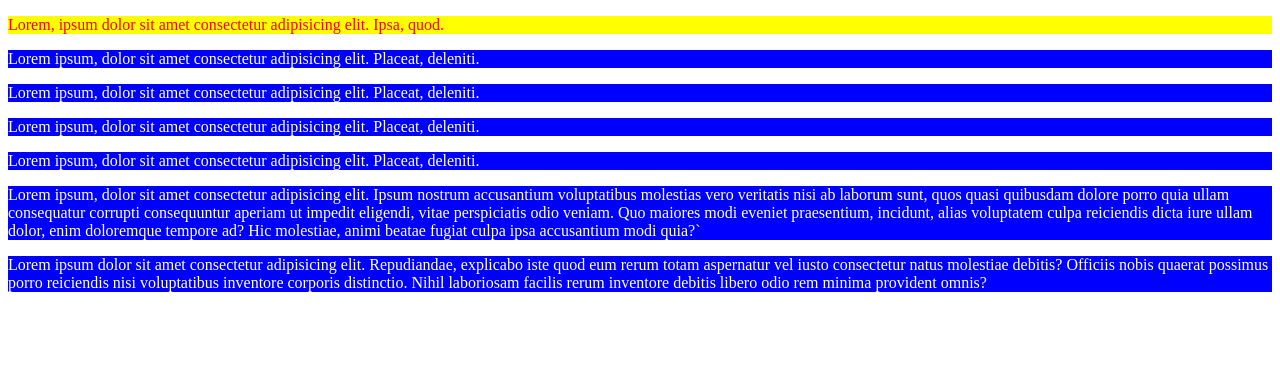
Repository: diensy/Web_dev
Page: Css/Exercise/index.html
These files come from the project's save history. The page is drawn as it stood at one moment and after a run of saves; the edit follows.
The browser window is 1280 px wide. The pictures show the whole page.

Above is the page before, as saved 2024-05-22 23:15:59.

### Css/Exercise/index.html
<!DOCTYPE html>
<html lang="en">
  <head>
    <meta charset="UTF-8" />
    <meta name="viewport" content="width=device-width, initial-scale=1.0" />
    <title>Document</title>
    <link rel="stylesheet" href="style.css" />
  </head>
  <body>
    <div>
      <p id="first">
        Lorem, ipsum dolor sit amet consectetur adipisicing elit. Ipsa, quod.
      </p>
      <p id="second">
        Lorem ipsum, dolor sit amet consectetur adipisicing elit. Placeat,
        deleniti.
      </p>
      <p id="Third">
        Lorem ipsum, dolor sit amet consectetur adipisicing elit. Placeat,
        deleniti.
      </p>
      <p id="fourth">
        Lorem ipsum, dolor sit amet consectetur adipisicing elit. Placeat,
        deleniti.
      </p>
      <p id="fifth">
        Lorem ipsum, dolor sit amet consectetur adipisicing elit. Placeat,
        deleniti.
      </p>
    </div>
    <div>
      <p>
        Lorem ipsum, dolor sit amet consectetur adipisicing elit. Ipsum nostrum
        accusantium voluptatibus molestias vero veritatis nisi ab laborum sunt,
        quos quasi quibusdam dolore porro quia ullam consequatur corrupti
        consequuntur aperiam ut impedit eligendi, vitae perspiciatis odio
        veniam. Quo maiores modi eveniet praesentium, incidunt, alias voluptatem
        culpa reiciendis dicta iure ullam dolor, enim doloremque tempore ad? Hic
        molestiae, animi beatae fugiat culpa ipsa accusantium modi quia?`
      </p>
      <p>
        Lorem ipsum dolor sit amet consectetur adipisicing elit. Repudiandae,
        explicabo iste quod eum rerum totam aspernatur vel iusto consectetur
        natus molestiae debitis? Officiis nobis quaerat possimus porro
        reiciendis nisi voluptatibus inventore corporis distinctio. Nihil
        laboriosam facilis rerum inventore debitis libero odio rem minima
        provident omnis?
      </p>
    </div>
  </body>
</html>

### Css/Exercise/style.css
#first{
    background-color: yellow;
    color: red;
}
p{
    background-color: blue;
    color: white;
}

After the next 3 saves:
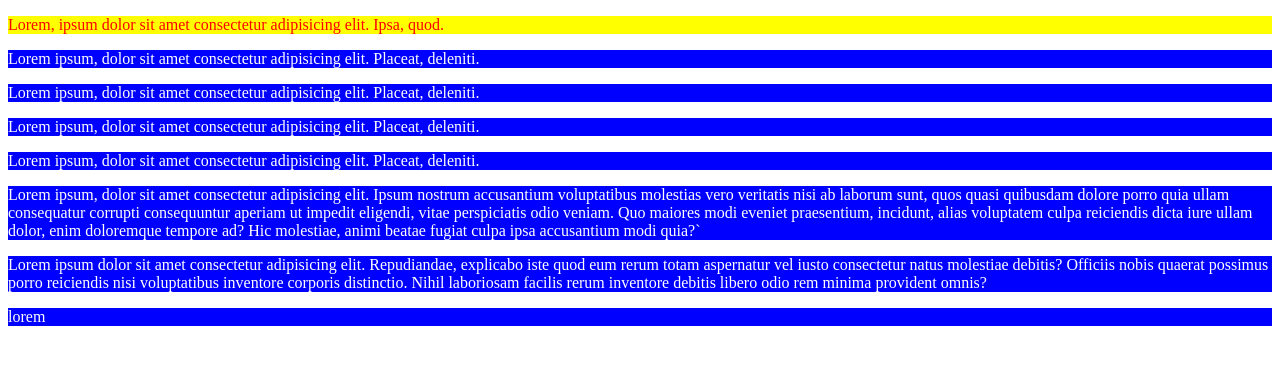
The 3 saves are shown as one change because they came seconds apart.
The last was saved 11 s later.
--- a/Css/Exercise/index.html
+++ b/Css/Exercise/index.html
@@ -46,6 +46,7 @@
         laboriosam facilis rerum inventore debitis libero odio rem minima
         provident omnis?
       </p>
+      <p>lorem</p>
     </div>
   </body>
 </html>
